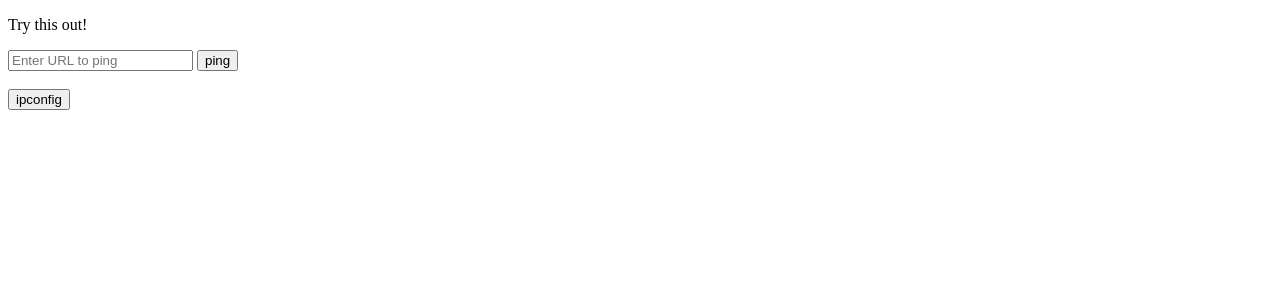
Repository: TarangGarlapally/NetworkCommandsSimulation
Page: http://localhost/NetworkManagement/index.jsp
These files come from the project's save history. The page is drawn as it stood at one moment and after the next save; the edit follows.
The browser window is 1280 px wide. The pictures show the whole page.
The page is served by Tomcat 9.

Above is the page before, as saved 2021-01-03 10:01:17.

After the next save:
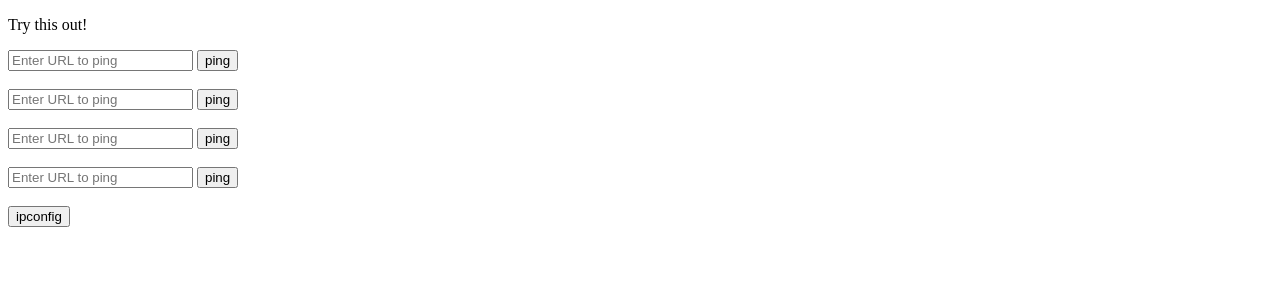
Saved 17 min 20 s later.
--- a/NetworkManagement/WebContent/index.jsp
+++ b/NetworkManagement/WebContent/index.jsp
@@ -13,6 +13,19 @@
 <input type="text" name="pingurl" placeholder="Enter URL to ping"></input>
 <button type = "submit" name = "command" value="ping">ping</button>
 <br /><br />
+
+<input type="text" name="pingurl" placeholder="Enter URL to ping"></input>
+<button type = "submit" name = "command" value="ping">ping</button>
+<br /><br />
+
+<input type="text" name="pingurl" placeholder="Enter URL to ping"></input>
+<button type = "submit" name = "command" value="ping">ping</button>
+<br /><br />
+
+<input type="text" name="pingurl" placeholder="Enter URL to ping"></input>
+<button type = "submit" name = "command" value="ping">ping</button>
+<br /><br />
+
 <button type = "submit" name = "command" value="ipconfig">ipconfig</button>
 </form>
 <%
